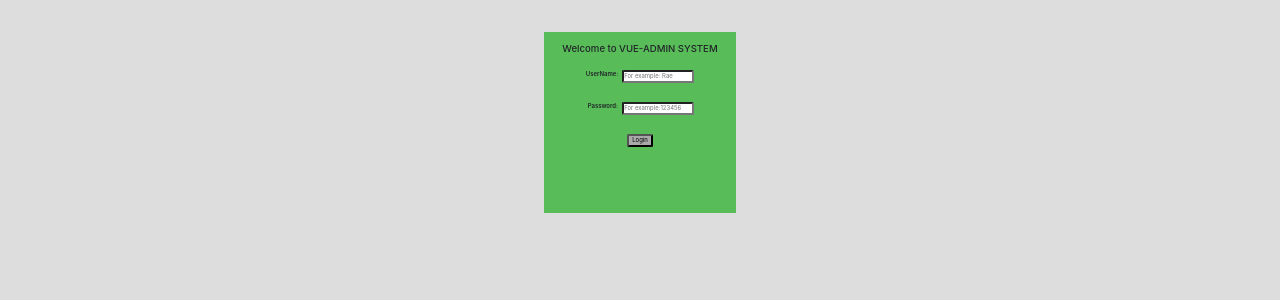
Repository: gzh51904/baiyangApp
Page: / (app in houtai/Vue-admin/)
An editor plug-in stored every save of this project. The page is shown before and after a run of saves, followed by the edit.
The browser window is 1280 px wide. The pictures show the whole page.
The project was rebuilt for these pictures with package versions that can differ from the ones it lists, and the page was loaded fresh each time. Also part of the build but not shown: houtai/Vue-admin/vue.config.js.

Above is the page before, as saved 2019-05-11 11:08:02.

After the next 2 saves:
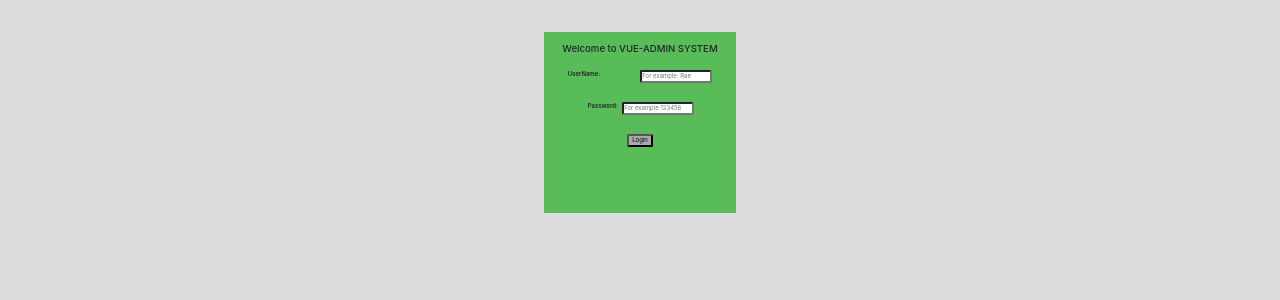
The 2 saves are shown as one change because 1 did not build or start.
The last was saved 89 s later.
--- a/houtai/Vue-admin/src/pages/login.vue
+++ b/houtai/Vue-admin/src/pages/login.vue
@@ -5,6 +5,7 @@
         <div class="login-form-item">
             <span>UserName:</span>
             <input type="text" id="username" placeholder="For example: Rae" v-model="username" @blur="checkName">
+            <span class="alert"></span>
         </div>
         <div  class="login-form-item">
               <span>Password:</span>
@@ -28,6 +29,12 @@ export default {
         }
     },
     methods:{
+        checkName(){
+
+        },
+        checkPassword(){
+
+        }
 
     }
 }
